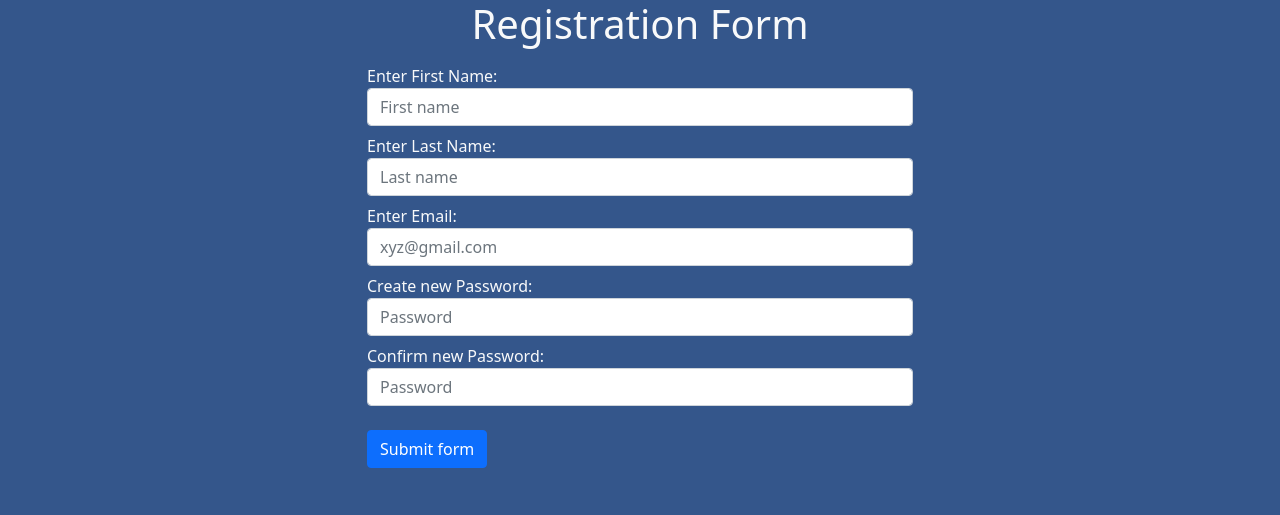
Repository: paresh-art/MyWebsite
Page: http://localhost/com.website/
An editor plug-in stored every save of this project. The page is shown before and after the next save, followed by the edit.
The browser window is 1280 px wide. The pictures show the whole page.
The page is served by Tomcat 9. Other server files are loaded and not shown.

Above is the page before, as saved 2022-11-07 15:02:14.

### com.website/src/main/webapp/index.jsp
<%@ page language="java" contentType="text/html; charset=UTF-8"
	pageEncoding="UTF-8"%>
<!doctype html>
<html lang="en">
<head>
<!-- Required meta tags -->
<meta charset="utf-8">
<meta name="viewport" content="width=device-width, initial-scale=1">
<link href="styles.css" rel="mystylesheet">
<!-- Bootstrap CSS -->
<link
	href="https://cdn.jsdelivr.net/npm/bootstrap@5.0.2/dist/css/bootstrap.min.css"
	rel="stylesheet"
	integrity="sha384-EVSTQN3/azprG1Anm3QDgpJLIm9Nao0Yz1ztcQTwFspd3yD65VohhpuuCOmLASjC"
	crossorigin="anonymous">

<title>Hello, world!</title>
</head>
<body style="background-color:#34568B;">
	<div class="container">
		<h1 class="mx-auto text-center text-light">Registration Form</h1>
		<form class="mt-3">
			<div class="row">
				<div class="col-lg-6 col-md-8 col-sm-12 mx-auto text-light">
					Enter First Name:<input type="text" class="form-control ipcolor"
						placeholder="First name">
				</div>
			</div>

			<div class="row mt-2">
				<div class="col-lg-6 col-md-8 col-sm-12 mx-auto text-light">
					Enter Last Name:<input type="text" class="form-control"
						placeholder="Last name" >
				</div>
			</div>
			<div class="row mt-2">
				<div class="col-lg-6 col-md-8 col-sm-12 mx-auto text-light">
					Enter Email:<input type="text" class="form-control"
						placeholder="xyz@gmail.com">
				</div>
			</div>
			<div class="row mt-2">
				<div class="col-lg-6 col-md-8 col-sm-12 mx-auto text-light">
					Create new Password:<input type="password" class="form-control"
						placeholder="Password">
				</div>
			</div>
			<div class="row mt-2">
				<div class="col-lg-6 col-md-8 col-sm-12 mx-auto text-light">
					Confirm new Password:<input type="password" class="form-control"
						placeholder="Password">
				</div>
			</div>
			<br>
			<div class="row">
				<div class="col-lg-6 col-md-8 col-sm-12 mx-auto text-light">
					<button class="btn btn-primary" type="submit">Submit form</button>
				</div>

			</div>
		</form>


		<!-- Optional JavaScript; choose one of the two! -->

		<!-- Option 1: Bootstrap Bundle with Popper -->
		<script
			src="https://cdn.jsdelivr.net/npm/bootstrap@5.0.2/dist/js/bootstrap.bundle.min.js"
			integrity="sha384-MrcW6ZMFYlzcLA8Nl+NtUVF0sA7MsXsP1UyJoMp4YLEuNSfAP+JcXn/tWtIaxVXM"
			crossorigin="anonymous"></script>

		<!-- Option 2: Separate Popper and Bootstrap JS -->
		<!--
    <script src="https://cdn.jsdelivr.net/npm/@popperjs/core@2.9.2/dist/umd/popper.min.js" integrity="sha384-IQsoLXl5PILFhosVNubq5LC7Qb9DXgDA9i+tQ8Zj3iwWAwPtgFTxbJ8NT4GN1R8p" crossorigin="anonymous"></script>
    <script src="https://cdn.jsdelivr.net/npm/bootstrap@5.0.2/dist/js/bootstrap.min.js" integrity="sha384-cVKIPhGWiC2Al4u+LWgxfKTRIcfu0JTxR+EQDz/bgldoEyl4H0zUF0QKbrJ0EcQF" crossorigin="anonymous"></script>
    -->
</body>
</html>

After the next save:
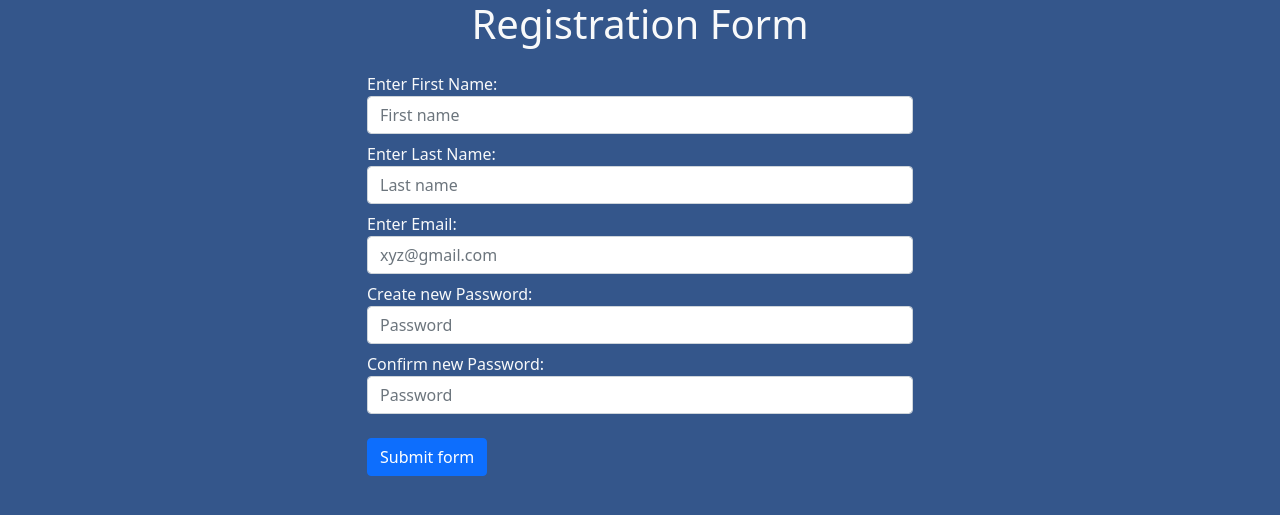
Saved 12 s later.
--- a/com.website/src/main/webapp/index.jsp
+++ b/com.website/src/main/webapp/index.jsp
@@ -19,7 +19,7 @@
 <body style="background-color:#34568B;">
 	<div class="container">
 		<h1 class="mx-auto text-center text-light">Registration Form</h1>
-		<form class="mt-3">
+		<form class="mt-4">
 			<div class="row">
 				<div class="col-lg-6 col-md-8 col-sm-12 mx-auto text-light">
 					Enter First Name:<input type="text" class="form-control ipcolor"
